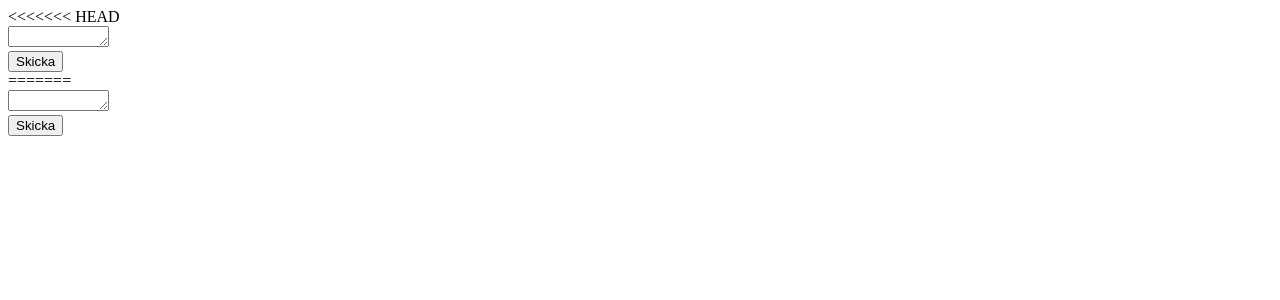
Repository: dg222dm/1dv403-laborationer
Page: 4-thequiz/index.html
The author's editor kept a record of every edit. The page is drawn from the files as they stood at one moment, then again after the next edit.
The browser window is 1280 px wide. The pictures show the whole page.

Above is the page before.
Console error: ReferenceError: lolgit is not defined

### 4-thequiz/index.html
<!DOCTYPE html>
<html>
<<<<<<< HEAD
    <head>
        <title>Quiz</title>
        <meta charset="utf-8">
        <link rel="stylesheet" href="css/stylesheet.css" media="screen"/>
    </head>
    <body>
        <main>
            <div id="question"></div>
            <textarea id="textarea" rows="1" cols="10"></textarea>
            <div id="response"></div>
            <input id="send" type="submit" value="Skicka" />
            <div id="results"></div>
        </main>
            <script src="script/quiz.js"></script>
    </body>
=======
<head>
    <title>Quiz</title>
    <meta charset="utf-8">
</head>

<body>
<main>
    <div id="question"></div>
    <textarea id="textarea" rows="1" cols="10"></textarea>
    <div id="response"></div>
    <input id="send" type="submit" value="Skicka" />
    <div id="results"></div>
</main>
<script src="script/quiz.js"></script>
</body>
</html>

### 4-thequiz/script/quiz.js
lolgit

Loaded but not shown: 4-thequiz/css/stylesheet.css (no stored copy; drawn as an empty file)

After the next edit:
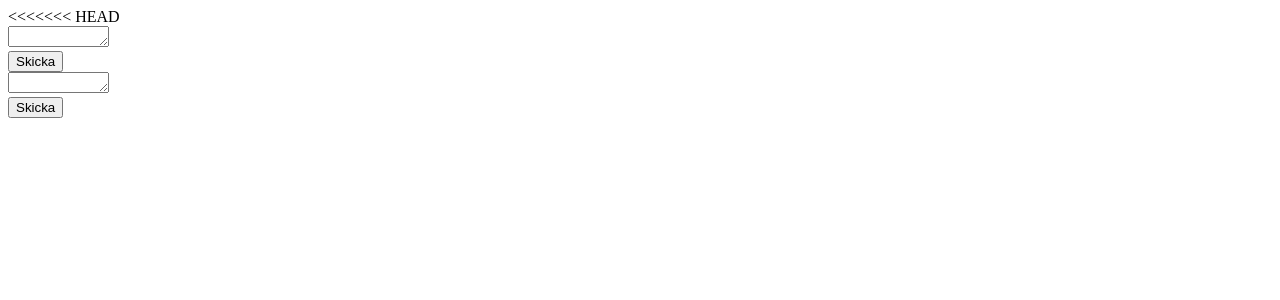
The edit:
--- a/4-thequiz/index.html
+++ b/4-thequiz/index.html
@@ -16,7 +16,7 @@
         </main>
             <script src="script/quiz.js"></script>
     </body>
-=======
+
 <head>
     <title>Quiz</title>
     <meta charset="utf-8">
